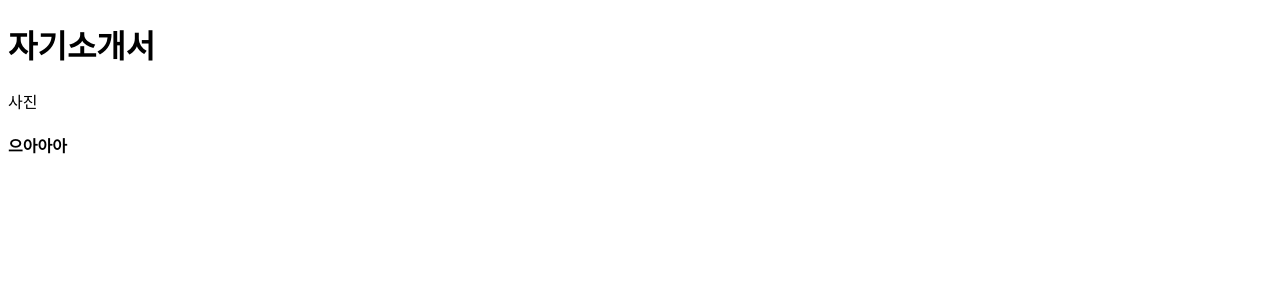
Repository: DongHyenYoo/DongHyen
Page: JdbcStudy/HTMLTEST/WebContent/SelfIntro.html
An editor plug-in stored every save of this project. The page is shown before and after the next save, followed by the edit.
The browser window is 1280 px wide. The pictures show the whole page.

Above is the page before, as saved 2022-09-23 06:29:32.

### JdbcStudy/HTMLTEST/WebContent/SelfIntro.html
<!DOCTYPE html>
<html>
<head>
<meta charset="UTF-8">
<title>Insert title here</title>
</head>
<body>
<h1>자기소개서</h1>

사진

<h2></h2>



<strong>으아아아</strong>
</body>
</html>

After the next save:
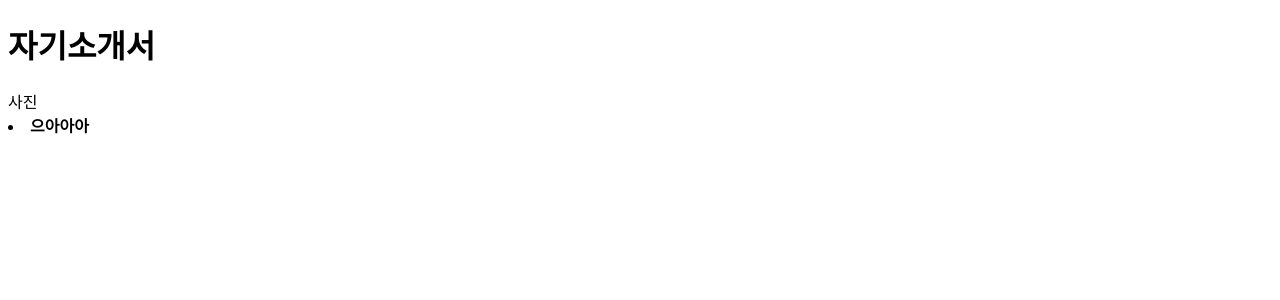
Saved 7 s later.
--- a/JdbcStudy/HTMLTEST/WebContent/SelfIntro.html
+++ b/JdbcStudy/HTMLTEST/WebContent/SelfIntro.html
@@ -9,7 +9,7 @@
 
 사진
 
-<h2></h2>
+<li>
 
 
 
